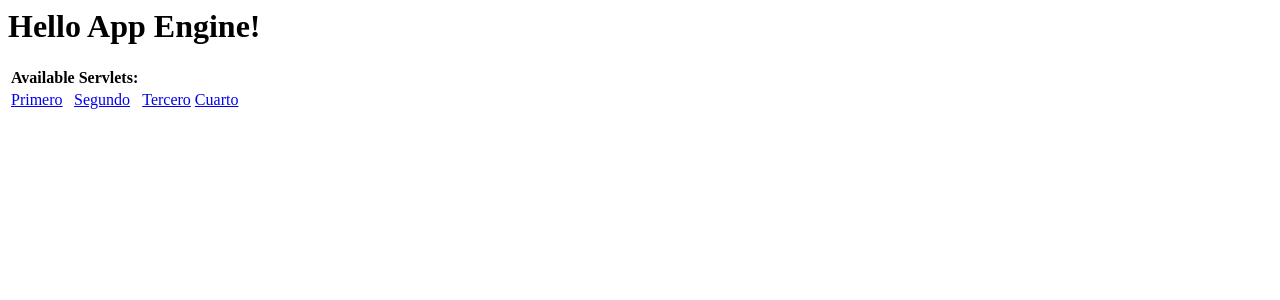
Repository: quino22/ulasalle
Page: lab02-70391273/war/index.html
An editor plug-in stored every save of this project. The page is shown before and after the next save, followed by the edit.
The browser window is 1280 px wide. The pictures show the whole page.

Above is the page before, as saved 2016-11-01 18:04:54.

### lab02-70391273/war/index.html
<!DOCTYPE HTML PUBLIC "-//W3C//DTD HTML 4.01 Transitional//EN">
<!-- The HTML 4.01 Transitional DOCTYPE declaration-->
<!-- above set at the top of the file will set     -->
<!-- the browser's rendering engine into           -->
<!-- "Quirks Mode". Replacing this declaration     -->
<!-- with a "Standards Mode" doctype is supported, -->
<!-- but may lead to some differences in layout.   -->

<html>
  <head>
    <meta http-equiv="content-type" content="text/html; charset=UTF-8">
    <title>LAB 02</title>
  </head>

  <body>
    <h1>Hello App Engine!</h1>

    <table>
      <tr>
        <td colspan="2" style="font-weight:bold;">Available Servlets:</td>
      </tr>
      <tr>
        <td><a href="primero.html">Primero</a></td>
        <td><a href="segundo.html">Segundo</a></td>
        <td><a href="tercero.html">Tercero</a></td>
        <td><a href="cuarto.html">Cuarto</a></td>

      </tr>
    </table>
  </body>
</html>

After the next save:
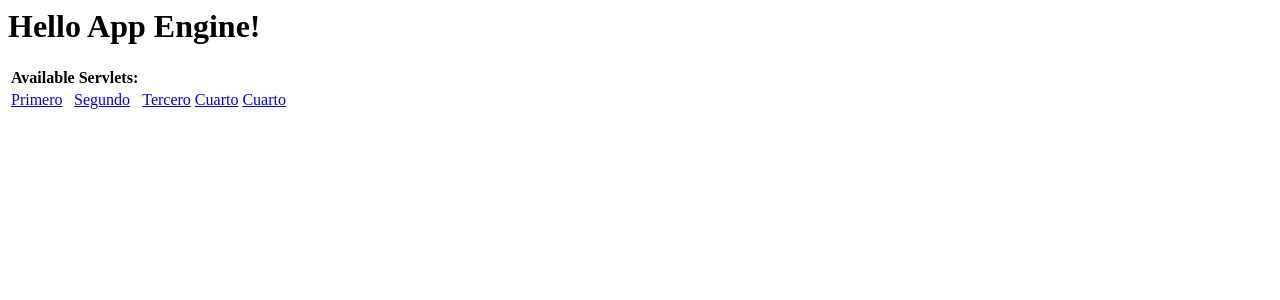
Saved 17 s later.
--- a/lab02-70391273/war/index.html
+++ b/lab02-70391273/war/index.html
@@ -24,7 +24,7 @@
         <td><a href="segundo.html">Segundo</a></td>
         <td><a href="tercero.html">Tercero</a></td>
         <td><a href="cuarto.html">Cuarto</a></td>
-
+        <td><a href="/quinto">Cuarto</a></td>
       </tr>
     </table>
   </body>
